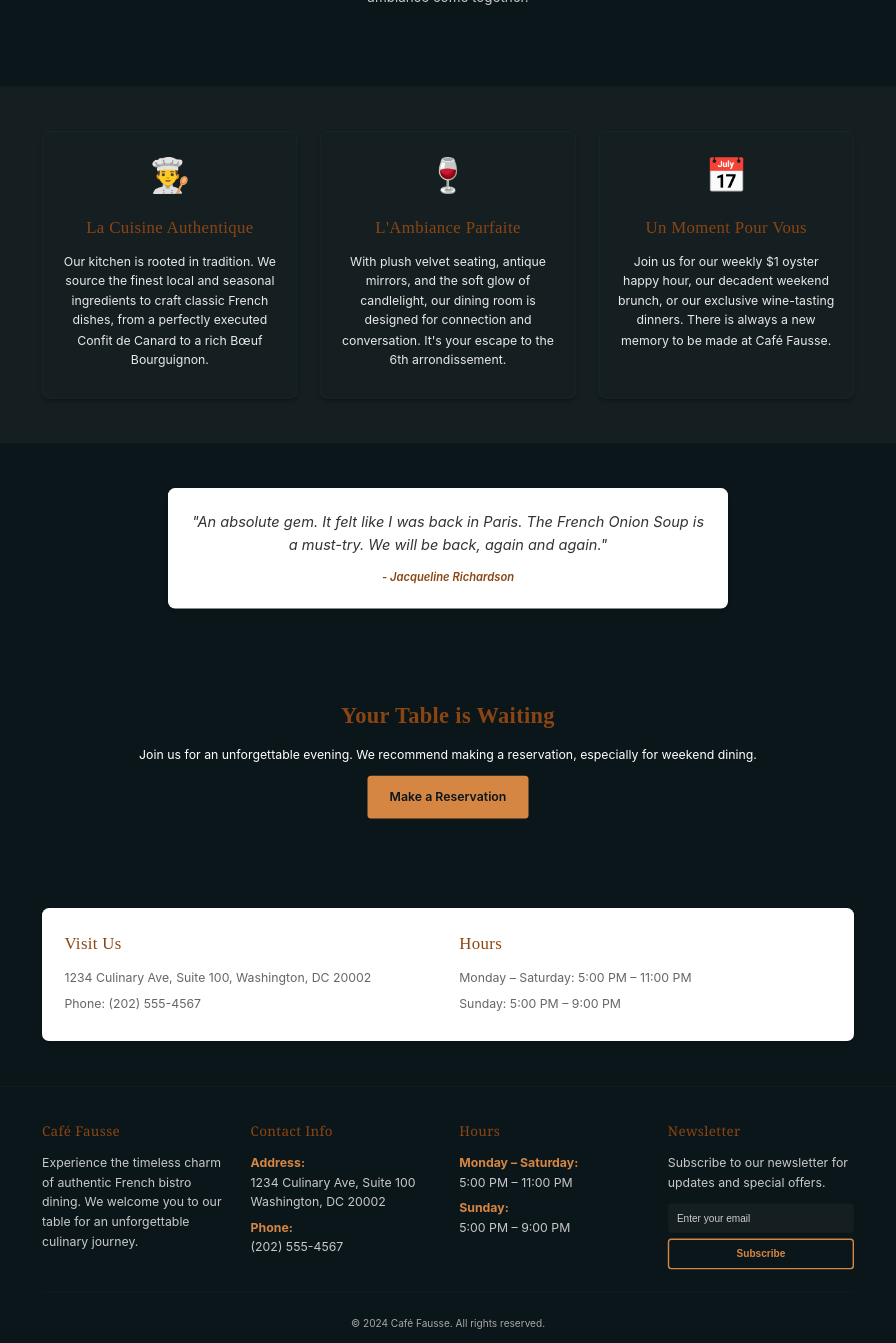
Repository: MatVanDenArt/MSSE-Cafe-Fausse
Page: / (app in frontend/)
An editor plug-in stored every save of this project. The page is shown before and after the next save, followed by the edit.
The browser window is 1280 px wide. The pictures show the part of the page from y = 1055 to 2975 px (the page is 2973 px tall before and 2975 px after), at 70% of full size.
The page's requests for data from a server got no answer. The project was rebuilt for these pictures with package versions that can differ from the ones it lists, and the page was loaded fresh each time. No one was signed in, and anything a server would have sent is missing. Also part of the build but not shown: frontend/src/pages/Menu.css, frontend/src/pages/Menu.js, frontend/src/pages/Reservations.css, frontend/src/pages/Reservations.js, frontend/src/pages/About.css, frontend/src/pages/About.js, frontend/src/pages/Gallery.css, frontend/src/pages/Gallery.js.

Above is the page before, as saved 2025-10-26 15:27:26.

### frontend/src/App.js
import React from "react";
import { BrowserRouter as Router, Routes, Route } from "react-router-dom";
import "./App.css";

// Import components
import Header from "./components/Header";
import Footer from "./components/Footer";
import Home from "./pages/Home";
import Menu from "./pages/Menu";
import Reservations from "./pages/Reservations";
import About from "./pages/About";
import Gallery from "./pages/Gallery";

function App() {
  return (
    <Router>
      <div className="App">
        <Header />
        <main className="main-content">
          <Routes>
            <Route path="/" element={<Home />} />
            <Route path="/menu" element={<Menu />} />
            <Route path="/reservations" element={<Reservations />} />
            <Route path="/about" element={<About />} />
            <Route path="/gallery" element={<Gallery />} />
          </Routes>
        </main>
        <Footer />
      </div>
    </Router>
  );
}

export default App;

### frontend/src/App.css
/* Global Styles */
* {
  margin: 0;
  padding: 0;
  box-sizing: border-box;
}

@import url("https://fonts.googleapis.com/css2?family=Dancing+Script:wght@400;500;600;700&family=Cormorant+Garamond:ital,wght@0,300;0,400;0,500;0,600;0,700;1,300;1,400;1,500;1,600&family=Inter:wght@300;400;500;600&family=Source+Sans+Pro:ital,wght@0,300;0,400;0,600;1,300;1,400&display=swap");

body {
  font-family: "Inter", "Source Sans Pro", "Helvetica Neue", "Arial", sans-serif;
  line-height: 1.6;
  color: #e8e8e8;
  background-color: #0b161a;
  font-weight: 400;
}

.App {
  min-height: 100vh;
  display: flex;
  flex-direction: column;
}

.main-content {
  flex: 1;
  padding-top: 80px; /* Account for fixed header */
}

/* Typography */
h1,
h2,
h3,
h4,
h5,
h6 {
  font-family: "Cormorant Garamond", "EB Garamond", "Georgia", "Times New Roman",
    serif;
  font-weight: 500;
  margin-bottom: 1rem;
  letter-spacing: 0.5px;
}

h1 {
  font-size: 2.5rem;
  color: #8b4513;
  font-family: "Dancing Script", "Cormorant Garamond", serif;
  font-weight: 600;
}

h2 {
  font-size: 2rem;
  color: #8b4513;
  font-family: "Dancing Script", "Cormorant Garamond", serif;
  font-weight: 600;
}

h3 {
  font-size: 1.5rem;
  color: #8b4513;
  font-family: "Dancing Script", "Cormorant Garamond", serif;
  font-weight: 500;
}

p {
  margin-bottom: 1rem;
  font-size: 1.1rem;
  font-family: "Inter", "Source Sans Pro", "Helvetica Neue", "Arial", sans-serif;
}

/* Container */
.container {
  max-width: 1200px;
  margin: 0 auto;
  padding: 0 20px;
}

/* Grid System */
.grid {
  display: grid;
  gap: 2rem;
}

.grid-2 {
  grid-template-columns: repeat(auto-fit, minmax(300px, 1fr));
}

.grid-3 {
  grid-template-columns: repeat(auto-fit, minmax(250px, 1fr));
}

.grid-4 {
  grid-template-columns: repeat(auto-fit, minmax(200px, 1fr));
}

/* Flexbox Utilities */
.flex {
  display: flex;
}

.flex-center {
  display: flex;
  justify-content: center;
  align-items: center;
}

.flex-between {
  display: flex;
  justify-content: space-between;
  align-items: center;
}

.flex-column {
  display: flex;
  flex-direction: column;
}

/* Buttons */
.btn {
  display: inline-block;
  padding: 12px 24px;
  background-color: #d58643;
  color: #0b161a;
  text-decoration: none;
  border: none;
  border-radius: 5px;
  font-size: 1rem;
  font-weight: 600;
  cursor: pointer;
  transition: all 0.3s ease;
  text-align: center;
}

.btn:hover {
  background-color: #c0763a;
  transform: translateY(-2px);
  box-shadow: 0 4px 12px rgba(213, 134, 67, 0.4);
}

.btn-secondary {
  background-color: transparent;
  color: #d58643;
  border: 2px solid #d58643;
}

.btn-secondary:hover {
  background-color: #d58643;
  color: #0b161a;
}

.btn-large {
  padding: 16px 32px;
  font-size: 1.1rem;
}

/* Forms */
.form-group {
  margin-bottom: 1.5rem;
}

.form-label {
  display: block;
  margin-bottom: 0.5rem;
  font-weight: 600;
  color: #d58643;
}

.form-input,
.form-select,
.form-textarea {
  width: 100%;
  padding: 12px;
  border: 2px solid #151f21;
  border-radius: 5px;
  font-size: 1rem;
  transition: border-color 0.3s ease;
  background-color: #151f21;
  color: #e8e8e8;
}

.form-input:focus,
.form-select:focus,
.form-textarea:focus {
  outline: none;
  border-color: #d58643;
  box-shadow: 0 0 0 3px rgba(213, 134, 67, 0.1);
}

.form-textarea {
  resize: vertical;
  min-height: 100px;
}

/* Cards */
.card {
  background: #151f21;
  border-radius: 10px;
  box-shadow: 0 4px 6px rgba(0, 0, 0, 0.3);
  overflow: hidden;
  transition: transform 0.3s ease;
  border: 1px solid #1f2a2d;
}

.card:hover {
  transform: translateY(-5px);
}

.card-body {
  padding: 1.5rem;
}

.card-title {
  font-size: 1.25rem;
  margin-bottom: 0.5rem;
  color: #8b4513;
  font-family: "Dancing Script", "Cormorant Garamond", serif;
  font-weight: 500;
}

.card-text {
  color: #c8c8c8;
  margin-bottom: 1rem;
}

/* Images */
.img-responsive {
  width: 100%;
  height: auto;
  display: block;
}

.img-rounded {
  border-radius: 10px;
}

/* Sections */
.section {
  padding: 4rem 0;
}

.section-dark {
  background-color: #0b161a;
  color: white;
}

.section-light {
  background-color: #151f21;
}

.section-title {
  text-align: center;
  margin-bottom: 3rem;
}

.section-title h2 {
  font-size: 2.5rem;
  margin-bottom: 1rem;
}

.section-title p {
  font-size: 1.2rem;
  color: #c8c8c8;
  max-width: 600px;
  margin: 0 auto;
}

/* Hero Section - Moved to Home.css */

.hero-content h1 {
  font-size: 3.5rem;
  margin-bottom: 1rem;
  color: white;
}

.hero-content p {
  font-size: 1.3rem;
  margin-bottom: 2rem;
  max-width: 600px;
}

.hero-buttons {
  display: flex;
  gap: 1rem;
  justify-content: center;
  flex-wrap: wrap;
}

/* Navigation */
.nav {
  background-color: white;
  box-shadow: 0 2px 10px rgba(0, 0, 0, 0.1);
  position: fixed;
  top: 0;
  left: 0;
  right: 0;
  z-index: 1000;
}

.nav-container {
  display: flex;
  justify-content: space-between;
  align-items: center;
  padding: 1rem 0;
}

.nav-logo {
  font-size: 1.5rem;
  font-weight: bold;
  color: #8b4513;
  text-decoration: none;
}

.nav-menu {
  display: flex;
  list-style: none;
  gap: 2rem;
}

.nav-link {
  color: #333;
  text-decoration: none;
  font-weight: 500;
  transition: color 0.3s ease;
}

.nav-link:hover {
  color: #8b4513;
}

/* Footer */
.footer {
  background-color: #333;
  color: white;
  padding: 3rem 0 1rem;
}

.footer-content {
  display: grid;
  grid-template-columns: repeat(auto-fit, minmax(250px, 1fr));
  gap: 2rem;
  margin-bottom: 2rem;
}

.footer-section h3 {
  color: #8b4513;
  margin-bottom: 1rem;
}

.footer-bottom {
  text-align: center;
  padding-top: 2rem;
  border-top: 1px solid #555;
  color: #ccc;
}

/* Responsive Design */
@media (max-width: 768px) {
  .container {
    padding: 0 15px;
  }

  .hero-content h1 {
    font-size: 2.5rem;
  }

  .hero-content p {
    font-size: 1.1rem;
  }

  .hero-buttons {
    flex-direction: column;
    align-items: center;
  }

  .nav-menu {
    flex-direction: column;
    gap: 1rem;
  }

  .grid-2,
  .grid-3,
  .grid-4 {
    grid-template-columns: 1fr;
  }

  h1 {
    font-size: 2rem;
  }

  h2 {
    font-size: 1.5rem;
  }
}

@media (max-width: 480px) {
  .hero-content h1 {
    font-size: 2rem;
  }

  .section {
    padding: 2rem 0;
  }

  .btn {
    padding: 10px 20px;
    font-size: 0.9rem;
  }
}

/* Utility Classes */
.text-center {
  text-align: center;
}

.text-left {
  text-align: left;
}

.text-right {
  text-align: right;
}

.mb-1 {
  margin-bottom: 0.5rem;
}
.mb-2 {
  margin-bottom: 1rem;
}
.mb-3 {
  margin-bottom: 1.5rem;
}
.mb-4 {
  margin-bottom: 2rem;
}

.mt-1 {
  margin-top: 0.5rem;
}
.mt-2 {
  margin-top: 1rem;
}
.mt-3 {
  margin-top: 1.5rem;
}
.mt-4 {
  margin-top: 2rem;
}

.p-1 {
  padding: 0.5rem;
}
.p-2 {
  padding: 1rem;
}
.p-3 {
  padding: 1.5rem;
}
.p-4 {
  padding: 2rem;
}

.hidden {
  display: none;
}

.visible {
  display: block;
}

### frontend/src/components/Header.js
import React, { useState } from "react";
import { Link, useLocation } from "react-router-dom";
import "./Header.css";

const Header = () => {
  const [isMenuOpen, setIsMenuOpen] = useState(false);
  const location = useLocation();

  const toggleMenu = () => {
    setIsMenuOpen(!isMenuOpen);
  };

  const closeMenu = () => {
    setIsMenuOpen(false);
  };

  const isActive = (path) => {
    return location.pathname === path ? "active" : "";
  };

  return (
    <nav className="nav">
      <div className="container">
        <div className="nav-container">
          <Link to="/" className="nav-logo" onClick={closeMenu}>
            <img
              src="/images/Logo - Cafe Fausse.png"
              alt="Café Fausse Logo"
              className="nav-logo-img"
            />
            <span className="nav-logo-text">Café Fausse</span>
          </Link>

          <div className={`nav-menu ${isMenuOpen ? "nav-menu-open" : ""}`}>
            <Link
              to="/"
              className={`nav-link ${isActive("/")}`}
              onClick={closeMenu}
            >
              Home
            </Link>
            <Link
              to="/menu"
              className={`nav-link ${isActive("/menu")}`}
              onClick={closeMenu}
            >
              Menu
            </Link>
            <Link
              to="/reservations"
              className={`nav-link ${isActive("/reservations")}`}
              onClick={closeMenu}
            >
              Reservations
            </Link>
            <Link
              to="/about"
              className={`nav-link ${isActive("/about")}`}
              onClick={closeMenu}
            >
              About Us
            </Link>
            <Link
              to="/gallery"
              className={`nav-link ${isActive("/gallery")}`}
              onClick={closeMenu}
            >
              Gallery
            </Link>
          </div>

          <button
            className="nav-toggle"
            onClick={toggleMenu}
            aria-label="Toggle navigation menu"
          >
            <span className="nav-toggle-line"></span>
            <span className="nav-toggle-line"></span>
            <span className="nav-toggle-line"></span>
          </button>
        </div>
      </div>
    </nav>
  );
};

export default Header;

### frontend/src/components/Footer.js
import React, { useState } from "react";
import "./Footer.css";

const Footer = () => {
  const [email, setEmail] = useState("");
  const [isSubscribed, setIsSubscribed] = useState(false);
  const [isLoading, setIsLoading] = useState(false);

  const handleNewsletterSubmit = async (e) => {
    e.preventDefault();
    if (!email) return;

    setIsLoading(true);
    try {
      const response = await fetch("http://localhost:5000/api/newsletter", {
        method: "POST",
        headers: {
          "Content-Type": "application/json",
        },
        body: JSON.stringify({ email }),
      });

      if (response.ok) {
        setIsSubscribed(true);
        setEmail("");
      } else {
        const error = await response.json();
        console.error("Newsletter signup error:", error);
      }
    } catch (error) {
      console.error("Newsletter signup error:", error);
    } finally {
      setIsLoading(false);
    }
  };

  return (
    <footer className="footer">
      <div className="container">
        <div className="footer-content">
          <div className="footer-section">
            <h3>Café Fausse</h3>
            <p>
              Experience the timeless charm of authentic French bistro dining.
              We welcome you to our table for an unforgettable culinary journey.
            </p>
          </div>

          <div className="footer-section">
            <h3>Contact Info</h3>
            <p>
              <strong>Address:</strong><br />
              1234 Culinary Ave, Suite 100<br />
              Washington, DC 20002
            </p>
            <p>
              <strong>Phone:</strong><br />
              (202) 555-4567
            </p>
          </div>

          <div className="footer-section">
            <h3>Hours</h3>
            <p>
              <strong>Monday – Saturday:</strong><br />
              5:00 PM – 11:00 PM
            </p>
            <p>
              <strong>Sunday:</strong><br />
              5:00 PM – 9:00 PM
            </p>
          </div>

          <div className="footer-section">
            <h3>Newsletter</h3>
            <p>Subscribe to our newsletter for updates and special offers.</p>
            {isSubscribed ? (
              <div className="newsletter-success">
                <p>Thank you for subscribing!</p>
              </div>
            ) : (
              <form onSubmit={handleNewsletterSubmit} className="newsletter-form">
                <input
                  type="email"
                  placeholder="Enter your email"
                  value={email}
                  onChange={(e) => setEmail(e.target.value)}
                  required
                  className="newsletter-input"
                />
                <button
                  type="submit"
                  disabled={isLoading}
                  className="btn btn-secondary newsletter-btn"
                >
                  {isLoading ? "Subscribing..." : "Subscribe"}
                </button>
              </form>
            )}
          </div>
        </div>

        <div className="footer-bottom">
          <p>&copy; 2024 Café Fausse. All rights reserved.</p>
        </div>
      </div>
    </footer>
  );
};

export default Footer;

### frontend/src/components/Header.css
.nav {
  background-color: #0b161a;
  box-shadow: 0 2px 10px rgba(0, 0, 0, 0.3);
  position: fixed;
  top: 0;
  left: 0;
  right: 0;
  z-index: 1000;
  border-bottom: 1px solid #151f21;
}

.nav-container {
  display: flex;
  justify-content: space-between;
  align-items: center;
  padding: 1rem 0;
}

.nav-logo {
  display: flex;
  align-items: center;
  gap: 0.5rem;
  text-decoration: none;
  font-family: "Cormorant Garamond", "EB Garamond", "Georgia", "Times New Roman",
    serif;
  font-weight: 500;
  letter-spacing: 0.5px;
}

.nav-logo-img {
  height: 40px;
  width: auto;
}

.nav-logo-text {
  font-size: 1.5rem;
  font-weight: bold;
  color: #8b4513;
  font-family: "Dancing Script", "Cormorant Garamond", serif;
}

.nav-logo:hover .nav-logo-text {
  color: #d58643;
}

.nav-menu {
  display: flex;
  list-style: none;
  gap: 2rem;
  margin: 0;
  padding: 0;
}

.nav-link {
  color: #e8e8e8;
  text-decoration: none;
  font-weight: 500;
  transition: color 0.3s ease;
  padding: 0.5rem 0;
  position: relative;
}

.nav-link:hover,
.nav-link.active {
  color: #d58643;
}

.nav-link.active::after {
  content: "";
  position: absolute;
  bottom: 0;
  left: 0;
  right: 0;
  height: 2px;
  background-color: #d58643;
}

.nav-toggle {
  display: none;
  flex-direction: column;
  background: none;
  border: none;
  cursor: pointer;
  padding: 0.5rem;
}

.nav-toggle-line {
  width: 25px;
  height: 3px;
  background-color: #d58643;
  margin: 3px 0;
  transition: 0.3s;
}

/* Mobile Navigation */
@media (max-width: 768px) {
  .nav-toggle {
    display: flex;
  }

  .nav-menu {
    position: fixed;
    top: 100%;
    left: 0;
    right: 0;
    background-color: white;
    flex-direction: column;
    padding: 2rem;
    box-shadow: 0 2px 10px rgba(0, 0, 0, 0.1);
    transform: translateY(-100%);
    opacity: 0;
    visibility: hidden;
    transition: all 0.3s ease;
  }

  .nav-menu-open {
    transform: translateY(0);
    opacity: 1;
    visibility: visible;
  }

  .nav-link {
    padding: 1rem 0;
    border-bottom: 1px solid #eee;
    text-align: center;
  }

  .nav-link:last-child {
    border-bottom: none;
  }

  .nav-toggle-line:nth-child(1) {
    transform: rotate(45deg) translate(5px, 5px);
  }

  .nav-toggle-line:nth-child(2) {
    opacity: 0;
  }

  .nav-toggle-line:nth-child(3) {
    transform: rotate(-45deg) translate(7px, -6px);
  }
}

### frontend/src/components/Footer.css
.footer {
  background-color: #0b161a;
  color: #e8e8e8;
  padding: 3rem 0 1rem;
  margin-top: auto;
  border-top: 1px solid #151f21;
}

.footer-content {
  display: grid;
  grid-template-columns: repeat(auto-fit, minmax(250px, 1fr));
  gap: 2rem;
  margin-bottom: 2rem;
}

.footer-section h3 {
  color: #8b4513;
  margin-bottom: 1rem;
  font-size: 1.2rem;
  font-family: "Dancing Script", "Cormorant Garamond", "EB Garamond", "Georgia", "Times New Roman",
    serif;
  font-weight: 500;
  letter-spacing: 0.5px;
}

.footer-section p {
  margin-bottom: 0.5rem;
  line-height: 1.6;
  color: #c8c8c8;
}

.footer-section strong {
  color: #d58643;
}

.newsletter-form {
  display: flex;
  flex-direction: column;
  gap: 0.5rem;
  margin-top: 1rem;
}

.newsletter-input {
  padding: 0.75rem;
  border: 1px solid #151f21;
  border-radius: 5px;
  background-color: #151f21;
  color: #e8e8e8;
  font-size: 0.9rem;
}

.newsletter-input::placeholder {
  color: #ccc;
}

.newsletter-input:focus {
  outline: none;
  border-color: #d58643;
}

.newsletter-btn {
  padding: 0.75rem;
  font-size: 0.9rem;
  border: 2px solid #d58643;
  background-color: transparent;
  color: #d58643;
}

.newsletter-btn:hover {
  background-color: #d58643;
  color: #0b161a;
}

.newsletter-btn:disabled {
  opacity: 0.6;
  cursor: not-allowed;
}

.newsletter-success {
  background-color: #4caf50;
  padding: 1rem;
  border-radius: 5px;
  text-align: center;
  margin-top: 1rem;
}

.newsletter-success p {
  margin: 0;
  color: white;
  font-weight: 600;
}

.footer-bottom {
  text-align: center;
  padding-top: 2rem;
  border-top: 1px solid #151f21;
  color: #a8a8a8;
}

.footer-bottom p {
  margin: 0;
  font-size: 0.9rem;
}

@media (max-width: 768px) {
  .footer {
    padding: 2rem 0 1rem;
  }

  .footer-content {
    grid-template-columns: 1fr;
    gap: 1.5rem;
  }

  .newsletter-form {
    flex-direction: column;
  }
}

### frontend/src/pages/Home.css
.home {
  min-height: 100vh;
}

.hero {
  height: 100vh;
  display: flex;
  align-items: center;
  justify-content: center;
  text-align: center;
  color: white;
  position: relative;
}

.hero-content h1 {
  font-size: 3.5rem;
  margin-bottom: 1rem;
  color: white;
  text-shadow: 2px 2px 4px rgba(0, 0, 0, 0.5);
}

.hero-content p {
  font-size: 1.3rem;
  margin-bottom: 2rem;
  max-width: 600px;
  text-shadow: 1px 1px 2px rgba(0, 0, 0, 0.5);
}

.hero-buttons {
  display: flex;
  gap: 1rem;
  justify-content: center;
  flex-wrap: wrap;
}

.pillar-icon {
  font-size: 3rem;
  margin-bottom: 1rem;
}

.testimonial {
  text-align: center;
  max-width: 800px;
  margin: 0 auto;
  padding: 2rem;
  background: white;
  border-radius: 10px;
  box-shadow: 0 4px 6px rgba(0, 0, 0, 0.1);
}

.testimonial blockquote {
  font-size: 1.3rem;
  font-style: italic;
  margin-bottom: 1rem;
  color: #333;
  line-height: 1.6;
}

.testimonial cite {
  font-size: 1rem;
  color: #8b4513;
  font-weight: 600;
}

.contact-info {
  background: white;
  padding: 2rem;
  border-radius: 10px;
  box-shadow: 0 4px 6px rgba(0, 0, 0, 0.1);
}

.contact-info h3 {
  color: #8b4513;
  margin-bottom: 1rem;
}

.contact-info p {
  margin-bottom: 0.5rem;
  color: #666;
}

@media (max-width: 768px) {
  .hero-content h1 {
    font-size: 2.5rem;
  }

  .hero-content p {
    font-size: 1.1rem;
  }

  .hero-buttons {
    flex-direction: column;
    align-items: center;
  }

  .pillar-icon {
    font-size: 2.5rem;
  }

  .testimonial {
    padding: 1.5rem;
  }

  .testimonial blockquote {
    font-size: 1.1rem;
  }

  .contact-info {
    padding: 1.5rem;
  }
}

@media (max-width: 480px) {
  .hero-content h1 {
    font-size: 2rem;
  }

  .hero-content p {
    font-size: 1rem;
  }

  .testimonial {
    padding: 1rem;
  }

  .testimonial blockquote {
    font-size: 1rem;
  }
}

Loaded but not shown: frontend/public/index.html (common file); frontend/src/index.js (common file); frontend/src/index.css (common file); frontend/src/reportWebVitals.js (common file); frontend/src/pages/Home.js (180 lines, source omitted)

After the next save:
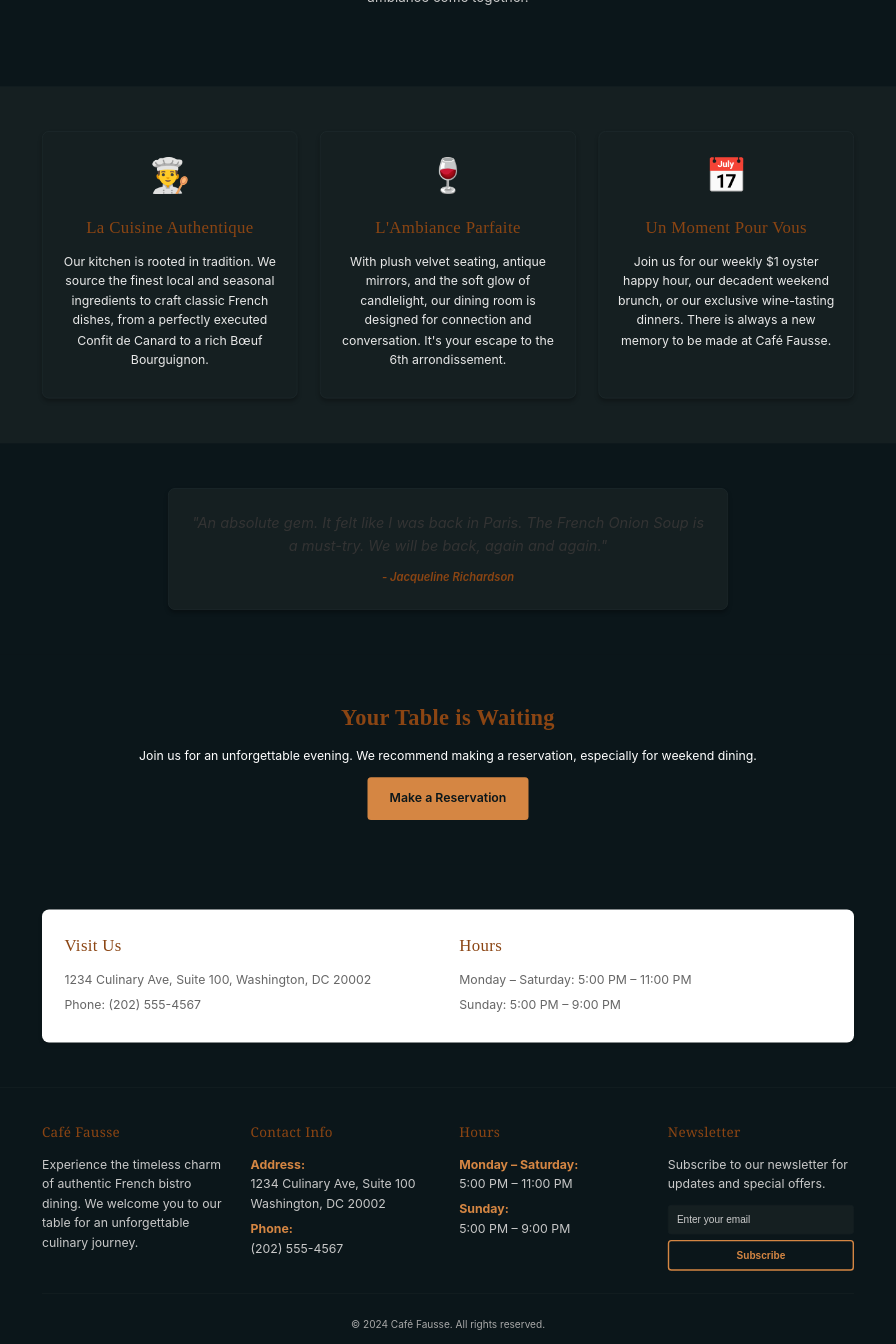
Saved 7 s later.
--- a/frontend/src/pages/Home.css
+++ b/frontend/src/pages/Home.css
@@ -43,9 +43,10 @@
   max-width: 800px;
   margin: 0 auto;
   padding: 2rem;
-  background: white;
+  background: #151f21;
   border-radius: 10px;
-  box-shadow: 0 4px 6px rgba(0, 0, 0, 0.1);
+  box-shadow: 0 4px 6px rgba(0, 0, 0, 0.3);
+  border: 1px solid #1f2a2d;
 }
 
 .testimonial blockquote {
